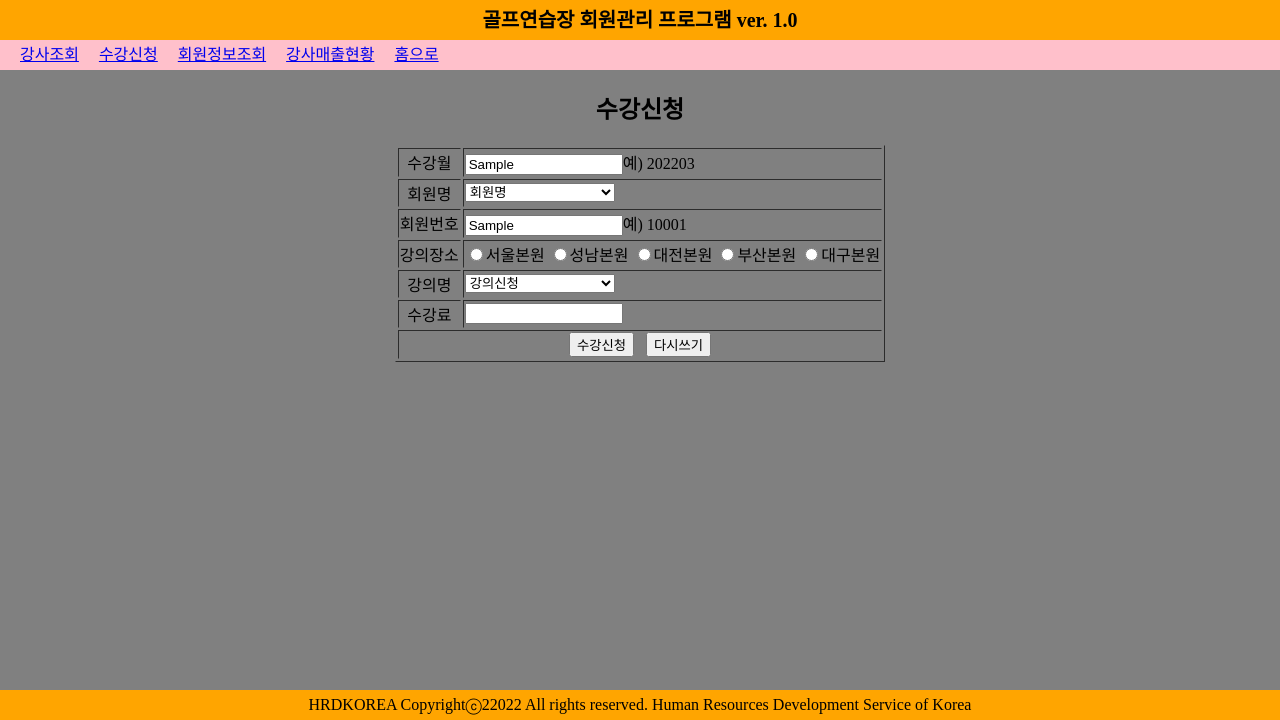
Repository: leesuyeon116/HRD_3
Page: http://localhost/HRD_0505/insert.jsp
These files come from the project's save history. The page is drawn as it stood at one moment and after the next save; the edit follows.
The browser window is 1280 px wide. The pictures show the whole page.
Empty fields were first filled with sample values (such as "Sample", 5 or name@example.com).
After loading, the first visible `input[onclick="add()"]` was clicked once.
The page is served by Tomcat 9.

Above is the page before, as saved 2024-05-05 16:37:56.
Console error: TypeError: Cannot read properties of undefined (reading 'checked')

After the next save:
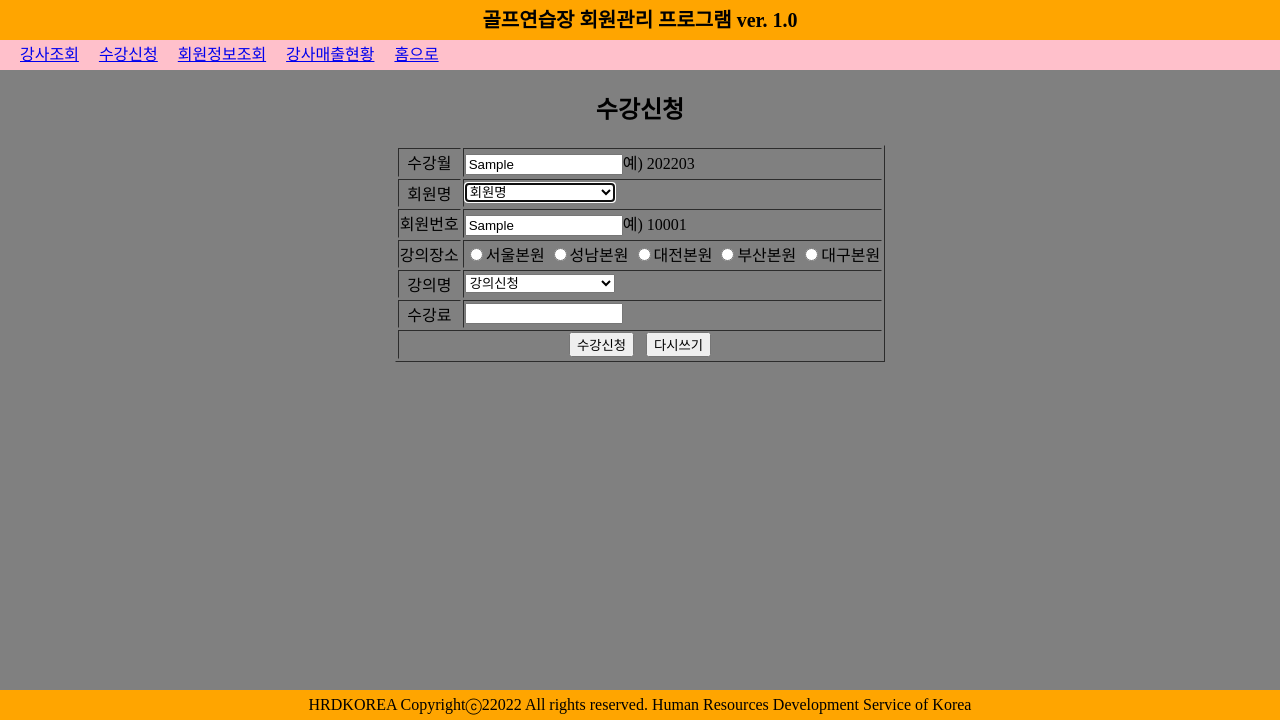
The error is gone.
Saved 2 min 7 s later.
--- a/workspace/HRD_0505/src/main/webapp/check.js
+++ b/workspace/HRD_0505/src/main/webapp/check.js
@@ -5,7 +5,7 @@ function add() {
 		return false;
 	}
 
-	else if (frm.c_name.value) {
+	else if (frm.c_name.value==0) {
 		alert("회원명이 선택되지 않았습니다.");
 		frm.c_name.focus();
 		return false;
